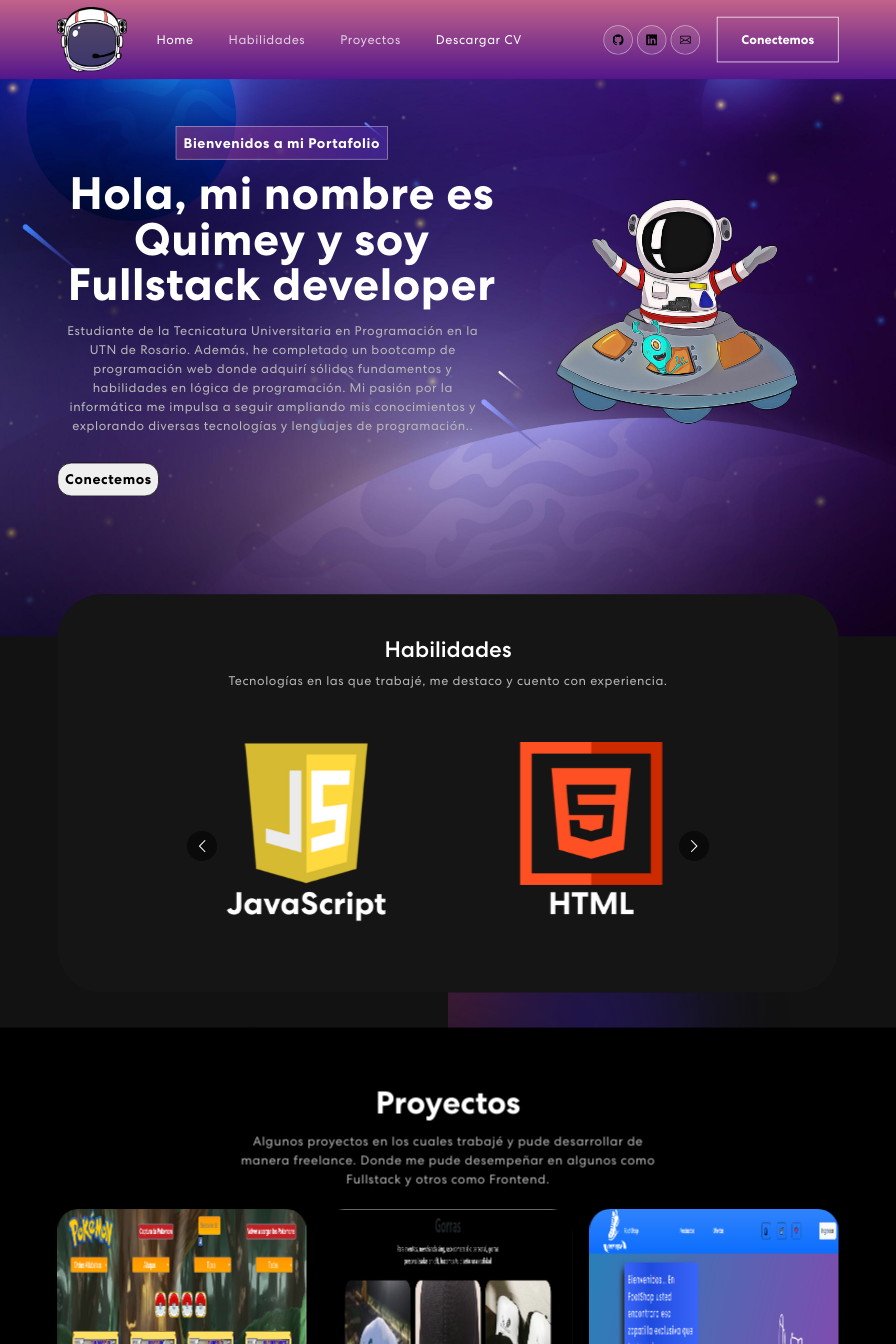
Repository: QuimeyAlejo/Portafolio-V2
Page: /
The author's editor kept a copy of each file at every save. The page is drawn from the files as they stood at one save, then again after the next save.
The browser window is 1280 px wide. The pictures show the part of the page from y = 0 to 1920 px (the page is 3204 px tall), at 70% of full size.
The project was rebuilt for these pictures with package versions that can differ from the ones it lists, and the page was loaded fresh each time. Imported but missing from the stored project, and not drawn on this page: src/components/Curriculum/QuimeyAlejoLopezDeveloper.pdf.

Above is the page before, as saved 2024-04-29 11:02:51.

### public/index.html
<!DOCTYPE html>
<html lang="en">
  <head>
    <meta charset="utf-8" />
    <link rel="icon" href="/gsd.png" />
    <meta name="viewport" content="width=device-width, initial-scale=1" />
    <meta name="theme-color" content="#000000" />
    <meta
      name="description"
      content="Web site created using create-react-app"
    />
    <link rel="apple-touch-icon" href="/gsd.png" />
    <!--
      manifest.json provides metadata used when your web app is installed on a
      user's mobile device or desktop. See https://developers.google.com/web/fundamentals/web-app-manifest/
    -->
    <link rel="manifest" href="%PUBLIC_URL%/manifest.json" />
    <!--
      Notice the use of %PUBLIC_URL% in the tags above.
      It will be replaced with the URL of the `public` folder during the build.
      Only files inside the `public` folder can be referenced from the HTML.

      Unlike "/favicon.ico" or "favicon.ico", "%PUBLIC_URL%/favicon.ico" will
      work correctly both with client-side routing and a non-root public URL.
      Learn how to configure a non-root public URL by running `npm run build`.
    -->
    <title>Quimey Alejo Lopez</title>
  </head>
  <body>
    <noscript>You need to enable JavaScript to run this app.</noscript>
    <div id="root"></div>
    <!--
      This HTML file is a template.
      If you open it directly in the browser, you will see an empty page.

      You can add webfonts, meta tags, or analytics to this file.
      The build step will place the bundled scripts into the <body> tag.

      To begin the development, run `npm start` or `yarn start`.
      To create a production bundle, use `npm run build` or `yarn build`.
    -->
  </body>
</html>

### src/pages/Home.jsx
import React from 'react'
import NavBar from '../components/NavBar/NavBar'
import Banner from '../components/Banner/Banner'
import Skills from '../components/Skills/Skills'
import Projects from '../components/Projects/Projects'
import Contact from '../components/Contact/Contact'
import Footer from '../components/Footer/Footer'

function Home() {
  return (
    <div>
        <NavBar/>
        <Banner />
        <Skills />
        <Projects />
        <Contact />
        <Footer />
    </div>
  )
}

export default Home

### src/components/NavBar/NavBar.jsx
import React, {useState, useEffect} from 'react';
import Container from 'react-bootstrap/Container';
import Nav from 'react-bootstrap/Nav';
import Navbar from 'react-bootstrap/Navbar';
import logo from '../../assets/img/logo.png';
import logogith from '../../assets/img/github.svg'
import logolink from '../../assets/img/linkedin.svg'
import logomail from '../../assets/img/envelope.svg'
import CV from '../Curriculum/QuimeyAlejoLopezDeveloper.pdf'



function NavBar() {

    const [activeLink, setActiveLink] = useState('home');
    const [scrolled, setScrolled] = useState(false)

    useEffect(() => {
        if (window.scrollY > 50) {
            setScrolled(true)
        }else{
            setScrolled(false)
        }

        window.addEventListener('scroll', onscroll)
        return () => window.removeEventListener('scroll', onscroll)
    }, [])

    const onUpdateActiveLink = (value) => {
        setActiveLink(value);
    }

  return (
    <Navbar expand="lg" className={scrolled ? 'scrolled' : '' }>
      <Container>
        <Navbar.Brand href="#home">
            <img className='imgLogo' src={logo} alt='logo'/>
        </Navbar.Brand>
        <Navbar.Toggle aria-controls="basic-navbar-nav">
            <span className='navbar-toggler-icon'></span>
        </Navbar.Toggle>
        <Navbar.Collapse id="basic-navbar-nav">
          <Nav className="me-auto">
          <Nav.Link href="#home" className={activeLink === 'home' ? 'active navbar-link' : 'navbar-link'} onClick={() => onUpdateActiveLink('home')}>Home</Nav.Link>
            <Nav.Link href="#skills" className={activeLink === 'skills' ? 'active navbar-link' : 'navbar-link'} onClick={() => onUpdateActiveLink('skills')}>Habilidades</Nav.Link>
            <Nav.Link href="#projects" className={activeLink === 'projects' ? 'active navbar-link' : 'navbar-link'} onClick={() => onUpdateActiveLink('projects')}>Proyectos</Nav.Link>

           <Nav.Link href={CV} download className={activeLink === 'home' ? 'active navbar-link' : 'navbar-link'}>Descargar CV</Nav.Link>
          </Nav>
          <span className="navbar-text">
            <div className="social-icon">
                <a href='https://github.com/QuimeyAlejo'><img src={logogith} alt='logogit'/></a>
                <a href='https://www.linkedin.com/in/quimey-alejo-lopez-199431202/'><img src={logolink} alt='logolinked'/></a>
                <a href='mailto:qalopez2000@gmail.com'><img src={logomail} alt="logomail" /></a>
            </div>
            <a href='mailto:qalopez2000@gmail.com'><button className='vvd'><span>Conectemos</span></button></a>
          </span>
        </Navbar.Collapse>
      </Container>
    </Navbar>
  )
}

export default NavBar

### src/components/Banner/Banner.jsx
import React, { useState, useEffect } from "react";
import { Col, Container, Row } from "react-bootstrap";
import Aos from "aos";
import "aos/dist/aos.css";
import headerImg from "../../assets/img/astronauta4.png";
import styles from "./banner.module.css";

function Banner() {
  const [loopNum, setLoopNum] = useState(0);
  const [isDeleting, setIsDeleting] = useState(false);
  const [text, setText] = useState("");
  const [delta, setDelta] = useState(300 - Math.random() * 100);
  const toRotate = ["Fullstack developer"];
  const period = 2000;

  useEffect(() => {
    let ticker = setInterval(() => {
      tick();
    }, delta);

    return () => {
      clearInterval(ticker);
    };
  }, [text]);

  function tick() {
    let i = loopNum % toRotate.length;
    let fullText = toRotate[i];
    let updatedText = isDeleting
      ? fullText.substring(0, text.length - 1)
      : fullText.substring(0, text.length + 1);

    setText(updatedText);

    if (isDeleting) {
      setDelta((prevDelta) => prevDelta / 2);
    }

    if (!isDeleting && updatedText === fullText) {
      setIsDeleting(true);
      setDelta(period);
    } else if (isDeleting && updatedText === "") {
      setIsDeleting(false);
      setLoopNum(loopNum + 1);
      setDelta(500);
    }
  }

  useEffect(() => {
    Aos.init({ duration: 1000 });
  }, []);

  return (
    <section className={styles.banner} id="home">
      <Container>
        <Row className="align-items-center">
          <Col xs={12} md={6} xl={7}>
            <div className="" data-aos="fade-right">
              <span className={styles.tagline}>
                Bienvenidos a mi Portafolio
              </span>
              <h1>
                {"Hola, mi nombre es Quimey y soy "}
                <span className={styles.wrap}>{text}</span>
              </h1>
              <p>
             Estudiante de la Tecnicatura Universitaria en Programación en la UTN de Rosario. Además, he
completado un bootcamp de programación web donde adquirí sólidos fundamentos y habilidades en
lógica de programación. Mi pasión por la informática me impulsa a seguir ampliando mis
conocimientos y explorando diversas tecnologías y lenguajes de programación..{" "}
              </p>
              <a href='mailto:devquimeyalopez@gmail.com'>
                <button>Conectemos</button>
              </a>
            </div>
          </Col>
          <Col xs={12} md={6} xl={5}>
            <div className="" data-aos="fade-left">
              <img
                className={styles.imgBanner}
                src={headerImg}
                alt="Headder Img"
              />
            </div>
          </Col>
        </Row>
      </Container>
    </section>
  );
}

export default Banner;

### src/components/Skills/Skills.jsx
import React from "react";
import styles from "./skills.module.css";
import { Container, Row, Col } from "react-bootstrap";
import Carousel from "react-multi-carousel";
import logohtml from "../../assets/img/html.png";
import logocss from "../../assets/img/css.png";
import logojs from "../../assets/img/javascript.png";
import logoreact from "../../assets/img/react.png";
import logoredux from "../../assets/img/redux.png";
import logobootstrap from "../../assets/img/bootstrap.png";
import logonode from "../../assets/img/node.png";
import logoexpress from "../../assets/img/express.png";
import logopost from "../../assets/img/postgresql.png";
import logoseq from "../../assets/img/sequelize.png";
import colorSharp from "../../assets/img/color-sharp.png";
import logoC from "../../assets/img/C.png";

function Skills() {
  const responsive = {
    superLargeDesktop: {
      // the naming can be any, depends on you.
      breakpoint: { max: 4000, min: 3000 },
      items: 5,
    },
    desktop: {
      breakpoint: { max: 3000, min: 1024 },
      items: 3,
    },
    tablet: {
      breakpoint: { max: 1024, min: 464 },
      items: 2,
    },
    mobile: {
      breakpoint: { max: 464, min: 0 },
      items: 1,
    },
  };
  return (
    <section className={styles.skill} id="skills">
      <Container>
        <Row>
          <Col>
            <div className={styles.skillbx}>
              <h2>Habilidades</h2>
              <p>
                Tecnologías en las que trabajé, me destaco y cuento con
                experiencia.
              </p>
              <Carousel
                responsive={responsive}
                infinite={true}
                className={styles.skillSlider}
              >
                <div className={styles.image}>
                  <img className={styles.imgCar} src={logojs} alt="logo js" />
                  <h5>JavaScript</h5>
                </div>
                <div className={styles.image}>
                  <img
                    className={styles.imgCar}
                    src={logohtml}
                    alt="logo html"
                  />
                  <h5>HTML</h5>
                </div>

                <div className={styles.image}>
                  <img className={styles.imgCar} src={logoC} alt="logo html" />
                  <h5>C</h5>
                </div>
                <div className={styles.image}>
                  <img
                    className={styles.imgCar}
                    src={logoreact}
                    alt="logo react"
                  />
                  <h5>React Js</h5>
                </div>
                <div className={styles.image}>
                  <img className={styles.imgCar} src={logocss} alt="logo css" />
                  <h5>CSS</h5>
                </div>


                <div className={styles.image}>
                  <img
                    className={styles.imgCar}
                    src={logoredux}
                    alt="logo redux"
                  />
                  <h5>Redux</h5>
                </div>
                <div className={styles.image}>
                  <img
                    className={styles.imgCar}
                    src={logobootstrap}
                    alt="logo bootstrap"
                  />
                  <h5>Bootstrap</h5>
                </div>
                <div className={styles.image}>
                  <img
                    className={styles.imgCar}
                    src={logonode}
                    alt="logo node"
                  />
                  <h5>Node Js</h5>
                </div>
                <div className={styles.image}>
                  <img
                    className={styles.imgCar}
                    src={logoexpress}
                    alt="logo express"
                  />
                  <h5>Express Js</h5>
                </div>
                <div className={styles.image}>
                  <img
                    className={styles.imgCar}
                    src={logopost}
                    alt="logo postgresql"
                  />
                  <h5>PostgreSQL</h5>
                </div>
                <div className={styles.image}>
                  <img
                    className={styles.imgCar}
                    src={logoseq}
                    alt="logo sequelize"
                  />
                  <h5>Sequelize</h5>
                </div>
              </Carousel>
            </div>
          </Col>
        </Row>
      </Container>
      <img
        className={styles.backgroundImageLeft}
        src={colorSharp}
        alt="colorsharp"
      />
    </section>
  );
}

export default Skills;

### src/components/Footer/Footer.jsx
import React from 'react';
import { Col, Container, Row } from 'react-bootstrap';
import logo from '../../assets/img/logo.png';
import logogith from '../../assets/img/github.svg';
import logolink from '../../assets/img/linkedin.svg';
import logomail from '../../assets/img/envelope.svg'
import './footer.css'


function Footer() {
  return (
    <footer className='footer'>
        <Container>
            <Row className='align-item-center'>
                <Col sm={6}>
                    <img className='imgLogo' src={logo} alt="logo footer" />
                </Col>
                <Col sm={6} className='text-center text-sm-end'>
                    <div className='social-icon'>
                        <a href='https://github.com/QuimeyAlejo'> <img src={logogith} alt="logo gith" /> </a>
                        <a href='https://www.linkedin.com/in/quimey-alejo-lopez-199431202/'> <img src={logolink} alt="logo link" /> </a>
                        <a href='devquimeyalopez@gmail.com'><img src={logomail} alt="logomail" /></a>
                    </div>
                    <p>CopyRight 2024. All Right Reserved</p>
                </Col>
            </Row>
        </Container>
    </footer>
  )
}

export default Footer

### src/components/Banner/banner.module.css
.imgBanner{
    width: 100%;
}
.banner{
    margin-top: -80px;
    padding: 260px 0 200px 0;
    background-image: url(../../assets/img/5437630.jpg);
    /* background-image: url(../../assets/img/html.jpg); */
    background-position: top center;
    background-size: cover;
    background-repeat: no-repeat;
}
.banner .tagline {
    font-weight: 700;
    letter-spacing: 0.8px;
    padding: 8px 10px;
    background: linear-gradient(90.21deg, rgba(170, 54, 124, 0.5) -5.91%, rgba(74, 47, 189, 0.5) 111.58%);
    border: 1px solid rgba(255, 255, 255, 0.5);
    font-size: 20px;
    margin-bottom: 16px;
    display: inline-block;
}
.banner h1 {
    font-size: 65px;
    font-weight: 700;
    letter-spacing: 0.8px;
    line-height: 1;
    margin-bottom: 20px;
    display: block;
}
.banner p {
    color: #b8b8b8;
    font-size: 18px;
    letter-spacing: 0.8px;
    line-height: 1.5em;
    width: 96%;
}
.banner button {
    /* color: #fff; */
    font-weight: 700;
    font-size: 20px;
    padding: 8px 10px;
    border: 1px solid black;
    border-radius: 20px;
    margin-top: 40px;
    letter-spacing: 0.8px;
    display: flex;
    align-items: center;
}
.banner a {
    text-decoration: none;
}
.banner button svg {
    margin-left: 5px;
}
.banner button:hover svg {
    margin-left: 25px;
}
.banner img {
    animation: updown 3s linear infinite;
}
@keyframes updown {
    0% {
        transform: translateY(-20px);
    }
    50% {
        transform: translateY(20px);
    }
    100% {
        transform: translateY(-20px);
    }
}
.txt-rotate > .wrap {
    border-right: 0.08em solid #666;
}

### src/components/Skills/skills.module.css
.skill {
    padding: 0 0 50px 0;
    position: relative;
}
.skillbx {
    background: #151515;
    border-radius: 64px;
    text-align: center;
    padding: 60px 50px;
    margin-top: -60px;
}
.skill h5 {
    font-size: 45px;
    font-weight: 700;
}
.skill p {
    color: #b8b8b8;
    font-size: 18px;
    letter-spacing: 0.8px;
    line-height: 1.5rem;
    margin: 14px 0 75px 0;
}
.skillSlider {
    width: 80%;
    margin: 0 auto;
    position: relative;
}
.skillSlider .item img{
    width: 50%;
    margin: 0 auto 15px auto;
}
.imgCar {
    width: 50%;
}
.backgroundImageLeft {
    top: 28%;
    position: absolute;
    bottom: 0;
    width: 40%;
    z-index: -4;
}

### src/components/Projects/projects.module.css
.project {
    padding: 80px 0;
    position: relative;
    background-color: black;
}
.project h2 {
    font-size: 45px;
    font-weight: 700;
    text-align: center;
}
.project p {
    color: #b8b8b8;
    font-size: 18px;
    letter-spacing: 0.8px;
    line-height: 1.5em;
    margin: 14px auto 30px auto;
    text-align: center;
    width: 56%;
}
.project .nav.nav-pills {
    width: 72%;
    margin: 0 auto;
    border-radius: 50px;
    background-color: rgb(255, 255, 255 / 10%);
    overflow: hidden;
}
.project .nav.nav-pills .nav-item {
    width: 33.33333%;
}
.project .nav.nav-pills .nav-link {
    background-color: transparent;
    border-radius: 0;
    padding: 17px 0;
    color: #fff;
    width: 100%;
    font-size: 17px;
    letter-spacing: 0.8px;
    font-weight: 500;
    position: relative;
    transition: 0.3s ease-in-out;
    text-align: center;
    z-index: 0;
}
.project .nav.nav-pills .nav-link::before {
    content: '';
    position: absolute;
    width: 0;
    height: 100%;
    background: linear-gradient(90.21deg, #AA367C -5.91%, #4A2FBD 111.58%);
    top: 0;
    left: 0;
    z-index: -1;
    transition: 0.3s ease-in-out;
}
.project .nav.nav-pills .nav-link.active::before {
    width: 100% !important;
}
.project .nav.nav-pills .nav-link.active {
    border: 1px solid rgba(255, 255, 255, 1);
}
.nav-link#projects-tabs-tab-first {
    border: 1px solid rgba(255, 255, 255, 0.5);
    border-radius: 55px 0px 0px 0px;
}
.nav-link#projects-tabs-tab-second {
    border-top: 1px solid rgba(255, 255, 255, 0.5);
    border-bottom: 1px solid rgba(255, 255, 255, 0.5);
}
.nav-link#projects-tabs-tab-third {
    border: 1px solid rgba(255, 255, 255, 0.5);
    border-radius: 0 55px 0;
}
.backgroundimageright {
    top: 20%;
    position: absolute;
    bottom: 0;
    width: 35%;
    right: 0;
    z-index: -4;
}
/* -----------------------CARD -------------------------------------------------*/
.projimgbx {
    position: relative;
    border-radius: 30px;
    overflow: hidden;
    margin-bottom: 24px;
    height: 90%;
}
.projimgbx img {
height: 420px;
}
.projimbgx::before {
    content: '';
    background: linear-gradient(90.21deg, #AA367C -5.91%, #4A2FBD 111.58%);
    opacity: 0.85;
    position: absolute;
    width: 100%;
    height: 0;
    transition: 0.4s ease-in-out;
}
.projimgbx:hover::before {
    height: 100%;
}
.projtxtx {
    position: absolute;
    text-align: center;
    top: 65%;
    left: 50%;
    transform: translate(-50%, -50%);
    transition: 0.5s ease-in-out;
    opacity: 0;
    width: 100%;
}
.projimgbx:hover .projtxtx {
    top: 50%;
    opacity: 1;
    background-color: black;
    border: 1px solid;
    border-radius: 10px;
}
.projtxtx h4 {
    font-size: 30px;
    font-weight: 700;
    letter-spacing: 0.8px;
    line-height: 1.1em;
}
.projtxtx span {
    font-size: italic;
    font-weight: 400;
    font-size: 15px;
    letter-spacing: 0.8px;
}
.buttonCard{
    font-weight: 700;
    font-size: 14px;
    padding: 8px 10px;
    border: 1px solid black;
    border-radius: 20px;
    letter-spacing: 0.8px;
    margin-left: 10px;
}
.buttonCard:hover svg{
    margin-left: 10px;
}

### src/components/Contact/contact.css
.contact {
  background: linear-gradient(90.21deg, #aa367c -5.91%, #4a2fbd 111.58%);
  padding: 100px 0 200px 0;
}
.contact img {
  width: 92%;
}
.contact h2 {
  font-size: 45px;
  font-weight: 700;
  margin-bottom: 30px;
}
.contact form input,
.contact form textarea {
  width: 100%;
  background: rgba(255, 255, 255, 0.1);
  border: 1px solid rgba(255, 255, 255, 0.5);
  border-radius: 20px;
  color: #fff;
  margin: 0 0 8px 0;
  padding: 18px 26px;
  font-weight: 500;
  font-size: 18px;
  letter-spacing: 0.8px;
  transition: 0.3s ease-in-out;
}
.containerInput {
    display: flex;
}
#inputEm {
    width: 96%;
    margin-left: 2%;
}
.contact form input:focus,
.contact form textarea:focus {
  background: rgba(255, 255, 255, 1);
  color: #121212;
}
.contact form input::placeholder,
.contact form textarea::placeholder {
  font-size: 16px;
  font-weight: 400;
  color: #fff;
}
.contact form input:focus::placeholder,
.contact form textarea:focus::placeholder {
  color: #121212;
  opacity: 0.8;
}
.contact form button {
  font-weight: 700;
  color: #000;
  background-color: #fff;
  padding: 14px 48px;
  font-size: 18px;
  margin-top: 25px;
  border-radius: 0;
  position: relative;
  transition: 0.3s ease-in-out;
  border-radius: 18px;
}
.contact form button span {
    z-index: 1;
    position: relative;
}
.contact form button:hover {
    color: #fff;
    border-radius: 18px;
}
.contact form button::before {
    content: "";
    background: #121212;
    width: 0;
    height: 100%;
    position: absolute;
    top: 0;
    left: 0;
    z-index: 0;
    transition: 0.3s ease-in-out;
    border-radius: 18px;
  }
  .contact form button:hover::before {
    width: 100%;
    border-radius: 18px;
  }

### src/components/Footer/footer.css
.footer {
    padding: 50px 0 50px 0;
    background-image: url(../../assets/img/footerbg.png);
    background-position: center center;
    background-size: cover;
    background-repeat: no-repeat;
}
.footer img {
    width: 26%;
}
.footer p {
    font-weight: 400;
    font-size: 14px;
    color: #b8b8b8;
    letter-spacing: 0.5px;
    margin-top: 20px;
}

Loaded but not shown: src/index.js (common file); src/index.css (common file); src/reportWebVitals.js (common file); src/App.js (14 lines, source omitted); src/components/Projects/Projects.jsx (140 lines, source omitted); src/App.css (246 lines, source omitted); src/components/Contact/Contact.jsx (144 lines, source omitted)

After the next save:
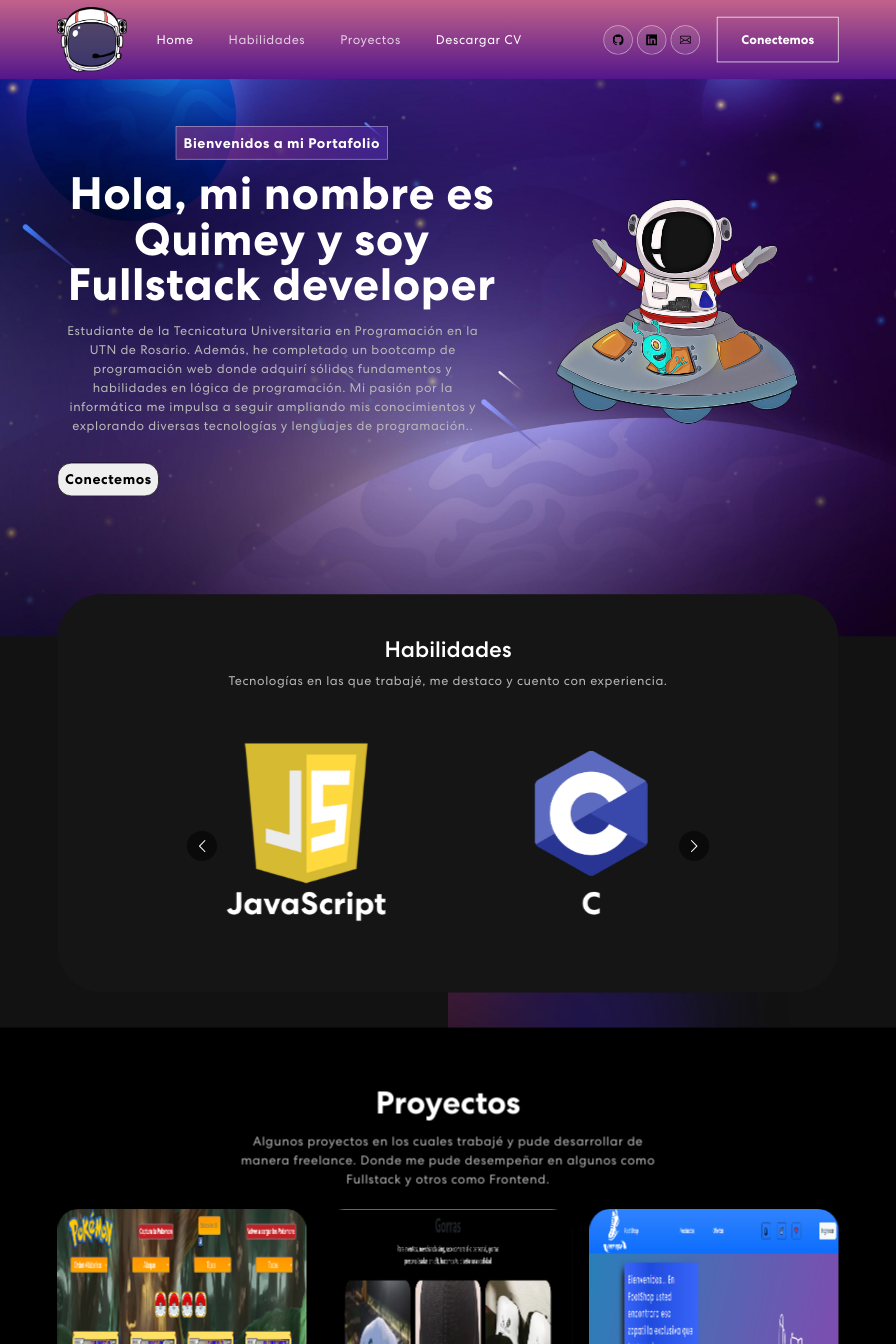
Saved 78 s later.
--- a/src/components/Skills/Skills.jsx
+++ b/src/components/Skills/Skills.jsx
@@ -56,18 +56,19 @@
                   <h5>JavaScript</h5>
                 </div>
                 <div className={styles.image}>
-                  <img
-                    className={styles.imgCar}
-                    src={logohtml}
-                    alt="logo html"
-                  />
-                  <h5>HTML</h5>
-                </div>
-
-                <div className={styles.image}>
                   <img className={styles.imgCar} src={logoC} alt="logo html" />
                   <h5>C</h5>
                 </div>
+                <div className={styles.image}>
+                  <img
+                    className={styles.imgCar}
+                    src={logonode}
+                    alt="logo node"
+                  />
+                  <h5>Node Js</h5>
+                </div>
+
+
                 <div className={styles.image}>
                   <img
                     className={styles.imgCar}
@@ -101,11 +102,12 @@
                 <div className={styles.image}>
                   <img
                     className={styles.imgCar}
-                    src={logonode}
-                    alt="logo node"
+                    src={logohtml}
+                    alt="logo html"
                   />
-                  <h5>Node Js</h5>
+                  <h5>HTML</h5>
                 </div>
+
                 <div className={styles.image}>
                   <img
                     className={styles.imgCar}
